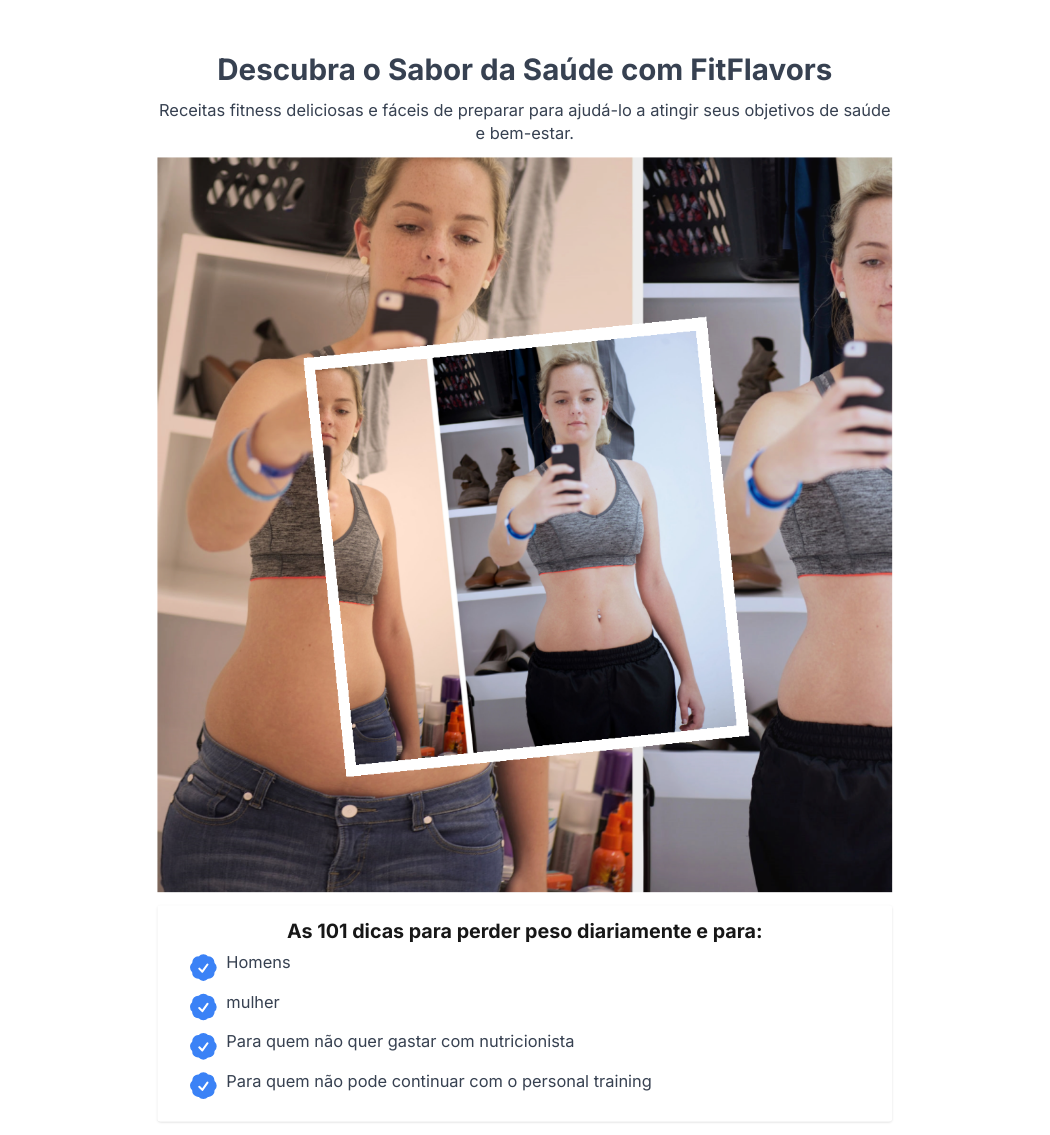
Repository: apreczewski/produtosdigitais
Page: /
The author's editor kept a copy of each file at every save. The page is drawn from the files as they stood at one save, then again after the next save.
The browser window is 1280 px wide. The pictures show the part of the page from y = 0 to 1384 px (the page is 3668 px tall), at 82% of full size.
Pictures or frames that could not be fetched are drawn as grey boxes. The project was rebuilt for these pictures with package versions that can differ from the ones it lists, and the page was loaded fresh each time. The framework's server and built-in components were replaced by stand-ins that run in the browser. Also part of the build but not shown: next.config.js, webpack.config.js.

Above is the page before, as saved 2023-07-27 18:29:33.

### src/app/layout.tsx
import './globals.css'

import { Inter } from 'next/font/google'

const inter = Inter({ subsets: ['latin'] })

export const metadata = {
  title: 'Create Next App',
  description: 'Generated by create next app',
}

export default function RootLayout({
  children,
}: {
  children: React.ReactNode
}) {
  return (
    <html lang="en">
      <body className={inter.className}>
        {children}
      </body>
    </html>
  )
}

### src/app/page.tsx
import { ReceitasFitness } from "@/app/receitasfitness";

export default function Home() {
  return <ReceitasFitness />
}

### src/app/globals.css
@tailwind base;
@tailwind components;
@tailwind utilities;

:root {
  --foreground-rgb: 0, 0, 0;
  --background-start-rgb: #9DCAB4
  --background-end-rgb: #9DCAB4
}

@media (prefers-color-scheme: dark) {
  :root {
    --foreground-rgb: 255, 255, 255;
    --background-start-rgb: #9DCAB4
    --background-end-rgb: #9DCAB4
  }
}

body {
  color: rgb(var(--foreground-rgb));
  background: linear-gradient(
      to bottom,
      transparent,
      rgb(var(--background-end-rgb))
    )
    rgb(var(--background-start-rgb));
}

main {
  margin: 0 12rem;
}

 /* Estilizando a barra de rolagem */
 ::-webkit-scrollbar {
  width: 5px;
}

/* Estilizando o "thumb" ou a parte móvel da barra de rolagem */
::-webkit-scrollbar-thumb {
  background: #888;
  border-radius: 2px;
}

/* Adicionando hover ao "thumb" */
::-webkit-scrollbar-thumb:hover {
  background: #555;
}

### src/app/receitasfitness/index.tsx
import Head from 'next/head'
import { Header } from '@components/Header'
import { Footer } from '@components/Footer'
import { Section01 } from '@/app/receitasfitness/Section01'
import { Section02 } from '@/app/receitasfitness/Section02'
import { Section03 } from '@/app/receitasfitness/Section03'
import { Section04 } from '@/app/receitasfitness/Section04'
import { Section05 } from '@/app/receitasfitness/Section05'
import { Section06 } from '@/app/receitasfitness/Section06'
import { Section07 } from '@/app/receitasfitness/Section07'
import { Section08 } from '@/app/receitasfitness/Section08'
import { Section09 } from '@/app/receitasfitness/Section09'


export const ReceitasFitness = () => {
  return (
    <div className="flex flex-col items-center justify-center min-h-screen">
      {/* <Header /> */}
      <main className="grid gap-4 flex-col items-center justify-center flex-1 text-center mt-16">
        <Section01 />
        <Section02 />
        <Section03 />
        <Section04 />
        <Section05 />
        <Section06 />
        <Section07 />
        <Section08 />
        <Section09 />
      </main>
      <Footer />
    </div>
  )
}

### src/app/components/Footer/index.tsx
import React from "react";

export const Footer = () => {
  return (
    <div className="bg-gray-800 text-white py-8 w-full">
      <div className="container mx-auto px-4 text-center">
        <h2 className="text-2xl mb-4">Entre em contato</h2>
        <p className="mb-4">Email: info@seusite.com</p>
        <div className="flex justify-center space-x-4">
          <a
            href="/privacy-policy"
            className="text-blue-300 hover:text-blue-100"
          >
            Política de Privacidade
          </a>
          <a
            href="/terms-of-service"
            className="text-blue-300 hover:text-blue-100"
          >
            Termos de Serviço
          </a>
        </div>
      </div>
    </div>
  );
};

### src/app/receitasfitness/Section01/index.tsx
export const Section01 = () => {
  return (
    <div className="text-center rounded">
      <h1 className="text-4xl font-bold mb-4  text-gray-700">
        Descubra o Sabor da Saúde com FitFlavors
      </h1>
      <p className="text-xl text-gray-700">
        Receitas fitness deliciosas e fáceis de preparar para ajudá-lo a atingir
        seus objetivos de saúde e bem-estar.
      </p>
    </div>
  );
};

### src/app/receitasfitness/Section02/index.tsx
import Image from 'next/image';
import banner from '@assets/images/section02.png'

export const Section02 = () => {
  return (
    <div className="flex justify-center items-center w-full">
      <div className="w-full">
        <Image
          className="w-screen"
          src={banner}
          alt="Transformação surpreendente com FitFlavors! Veja o progresso real alcançado com nossas receitas fitness." // Substitua isso por uma descrição da imagem
          layout="responsive"
          width={500}
          height={300}
        />
      </div>
    </div>
  );
}

### src/app/receitasfitness/Section03/index.tsx
import React from "react";
import { CheckBadgeIcon } from "@heroicons/react/24/solid";



export const Section03 = () => {
  const features = [
    {
      icon: CheckBadgeIcon,
      text: "Homens",
    },
    {
      icon: CheckBadgeIcon,
      text: "mulher",
    },
    {
      icon: CheckBadgeIcon,
      text: "Para quem não quer gastar com nutricionista",
    },
    {
      icon: CheckBadgeIcon,
      text: "Para quem não pode continuar com o personal training",
    },

    ,
    ,

  ]

  return (
    <div className="p-4 bg-white shadow rounded w-full">
      <h2 className="text-2xl text-neutral-900 font-bold mb-2">
        As 101 dicas para perder peso diariamente e para:
      </h2>
      <ul className="list-disc pl-5 justify-start ">
        {features.map((item, index) => (
          <li key={index} className="mb-2 flex text-gray-700 text-xl text-left">
            <CheckBadgeIcon className="h-10 w-10 mr-2 text-blue-500" /> {item?.text}
          </li>
        ))}
      </ul>
    </div>
  );
};

### src/app/receitasfitness/Section04/index.tsx
"use client";

import React, { useEffect, useState } from "react";
import Image from "next/image";
import { Dot, Dots } from "./styles";
// import ImageTest from './image.svg';

export const Section04 = () => {
  const images = [
    "https://images.pexels.com/photos/414612/pexels-photo-414612.jpeg",
    "https://images.pexels.com/photos/459225/pexels-photo-459225.jpeg",
    "https://images.pexels.com/photos/459225/pexels-photo-459225.jpeg",
    "https://images.pexels.com/photos/459225/pexels-photo-459225.jpeg",
  ];

  const [currentImageIndex, setCurrentImageIndex] = useState(0);

  const prev = () => {
    setCurrentImageIndex(
      (currentImageIndex - 1 + images.length) % images.length
    );
  };
  const next = () => {
    setCurrentImageIndex((currentImageIndex + 1) % images.length);
  };

  useEffect(() => {
    const interval = setInterval(() => {
      setCurrentImageIndex((currentImageIndex + 1) % images.length);
    }, 2000);

    return () => clearInterval(interval);
  }, [currentImageIndex, images.length]);

  return (
    <div className="relative w-full h-[500px] rounded overflow-hidden">
      <Image
        className="object-cover"
        src={images[currentImageIndex]}
        layout="fill"
        objectFit="cover"
        alt=""
      />
      <Dots>
        {images.map((index) => {
          return <Dot key={index}/>
        })}
      </Dots>
      {/* <ImageTest /> */}
    </div>
  );
};

### src/app/receitasfitness/Section05/index.tsx
import React from "react";

export const Section05 = () => {
  return (
    <div className="bg-blue-500 text-white p-8 rounded-lg shadow-lg">
      <h2 className="text-3xl font-bold mb-6">
        Como funciona o Pacote Premium Artes Gospel?
      </h2>
      <ol className="list-decimal list-inside space-y-4 text-lg">
        <li>
          <strong className="text-white">1º Passo:</strong> Escolha o modelo de
          arte que mais lhe interessar (São mais de 450 modelos com os mais
          diversos temas)
        </li>
        <li>
          <strong className="text-white">2º Passo:</strong> Altere a arte com as
          informações que você deseja com poucos cliques (Utilize as aulas para
          aprender como alterar)
        </li>
        <li>
          <strong className="text-white">3º Passo:</strong> Finalize sua arte e
          comece a divulgação para sua igreja ou ministério em poucos minutos e
          sem precisar investir alto para isso
        </li>
      </ol>
    </div>
  );
};

### src/app/receitasfitness/Section06/index.tsx
import React from "react";

export const Section06 = () => {
  return (
    <div className="bg-blue-500 text-white p-8 rounded-lg shadow-lg">
      <h2 className="text-3xl font-bold mb-6">
        Além de tudo isso, ao se inscrever HOJE, você receberá 2 BÔNUS
        EXCLUSIVOS
      </h2>
      <h3 className="text-2xl mb-4">Bônus 1</h3>
      <p className="mb-4">
        Transforme seu corpo em uma máquina de queimar gordura
      </p>
      <p className="mb-4">
        Conselhos dos melhores exercícios e queimadores de gordura.
      </p>
      <h3 className="text-2xl mb-4">SUPER BÔNUS:</h3>
      <p className="mb-4">Bônus SURPRESA</p>
      <p className="mb-4">Ao adquirir HOJE, você garante um bônus surpresa!</p>
      <p className="text-2xl mb-4">De R$ 20.90</p>
      <p className="text-2xl mb-4">Por R$ 10.90</p>
      <button className="bg-white text-blue-500 px-8 py-3 rounded-full font-semibold transition duration-200 ease-in-out transform hover:scale-105">
        QUERO APROVEITAR ESTA OFERTA
      </button>
      <p className="mt-4">
        ATENÇÃO: As vagas com este valor são LIMITADAS e assim que se
        encerrarem, 101 Dicas para Perder Peso voltará ao seu preço normal de R$
        20.90
      </p>
    </div>
  );
};

### src/app/receitasfitness/Section07/index.tsx
import React from "react";
import Image from "next/image";

export const Section07 = () => {
  return (
    <div className="flex items-center bg-yellow-500 text-white p-8 rounded-lg shadow-lg">
      <div className="w-1/3">
        <Image
          src="https://via.placeholder.com/150"
          alt="Garantia"
          width={150}
          height={150}
        />
      </div>
      <div className="w-2/3 pl-8">
        <h2 className="text-3xl font-bold mb-4">GARANTIA DE 7 DIAS!</h2>
        <p className="text-lg">
          Temos absoluta certeza de que o 101 DICAS PARA PERDER PESO DIARIAMENTE
          será muito efetivo para o seu processo de EMAGRECIMENTO, mas se em até
          7 dias após a compra você não estiver satisfeito com o produto por
          qualquer motivo, devolvemos todo o seu dinheiro!
        </p>
      </div>
    </div>
  );
};

### src/app/receitasfitness/Section08/index.tsx
"use client"

import React, { useState } from "react";

export const Section08 = () => {
  const [activeIndex, setActiveIndex] = useState(-1);

  const questions = [
    {
      question: 'Como recebo acesso ao curso?',
      answer: 'Assim que você efetuar o pagamento, receberá um nome de usuário e senha em seu e-mail para acessar a plataforma. Aproveite seu processo de aprendizado e aproveite ao máximo.',
    },
    {
      question: 'O pagamento é seguro?',
      answer: 'O pagamento é feito 100% de forma segura através da Hotmart, a maior e mais segura plataforma de venda de produtos digitais para falantes de espanhol. Eu só pago se você fizer diretamente a eles.',
    },
    {
      question: 'Posso usar meu celular para fazer login?',
      answer: 'Sim! Você pode acessar quantas vezes quiser simplesmente usando seu celular, sem a necessidade de um computador.',
    },
    {
      question: 'E se eu não gostar do curso?',
      answer: 'Você tem uma garantia incondicional de 7 dias! Se, após a compra do curso, dentro de 7 dias você descobrir que não é para você, basta nos enviar um e-mail e nós reembolsaremos todo o seu investimento.',
    },
  ];

  return (
    <div className="bg-blue-500 text-white p-8 rounded-lg shadow-lg text-left">
      <h2 className="text-3xl font-bold mb-6">PERGUNTAS FREQUENTES:</h2>
      {questions.map((item, index) => (
        <div key={index} className="mb-4">
          <button
            onClick={() => setActiveIndex(activeIndex === index ? -1 : index)}
            className="text-xl font-semibold"
          >
            {item.question}
          </button>
          {activeIndex === index && <p className="mt-2">{item.answer}</p>}
        </div>
      ))}
    </div>
  );
};

### src/app/receitasfitness/Section09/index.tsx
import React from "react";

export const Section09 = () => {

  return (
    <h1>Section09</h1>
  );
};

### src/app/receitasfitness/Section04/styles.ts
import styled from 'styled-components';

export const Dots = styled.div`
  position: absolute;
  display: flex;
  width: 100%;
  align-items: center;
  justify-content: center;
  bottom: 3rem;
  z-index: 5;
`;

export const Dot = styled.span`
  width: 1rem;
  height: 1rem;
  border-radius: 50%;
  background-color: #999;

  & + span {
    margin-left: 0.25rem;
  }


`;

Loaded but not shown: tailwind.config.js (common file)

After the next save:
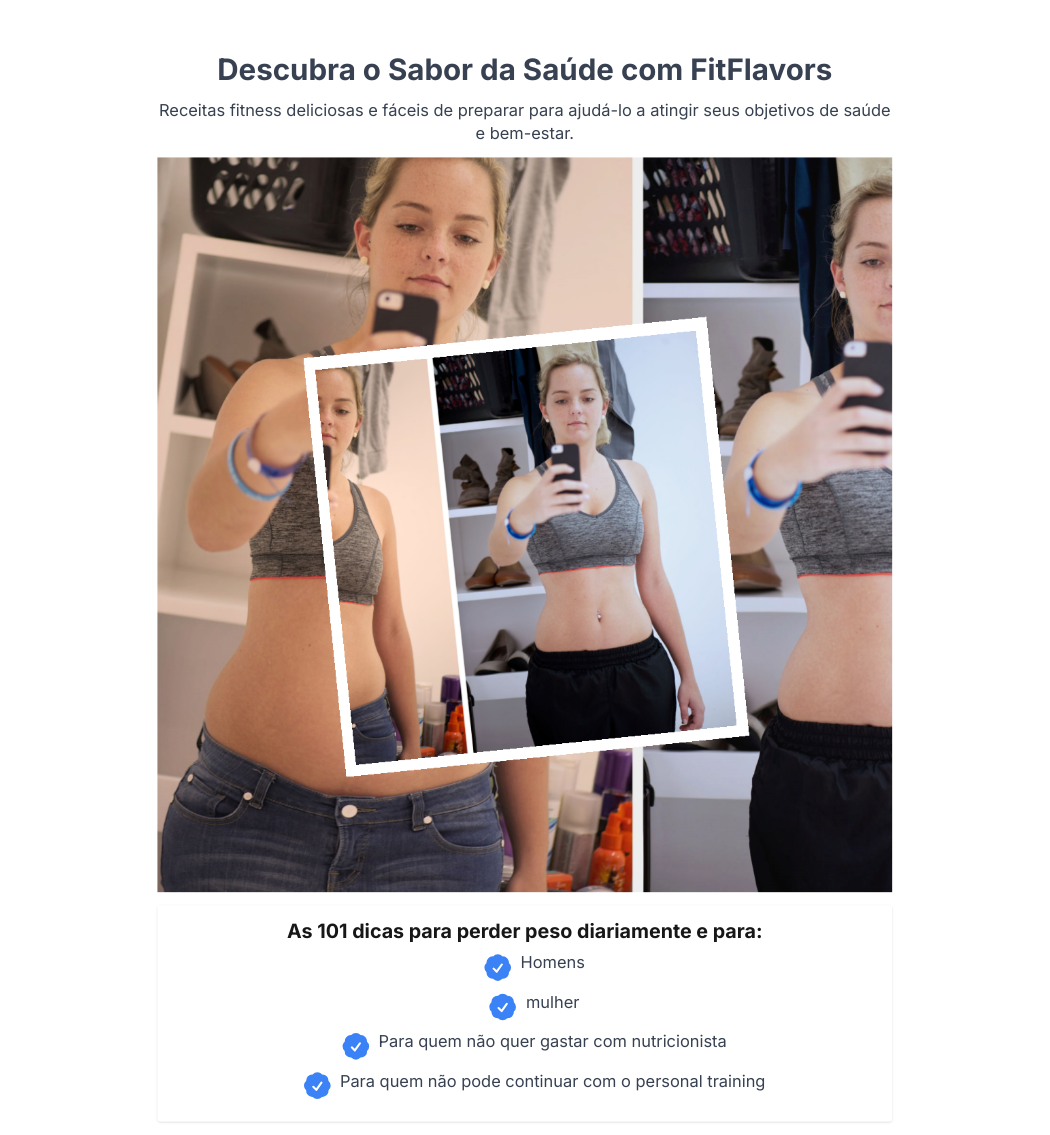
Saved 23 s later.
--- a/src/app/receitasfitness/Section03/index.tsx
+++ b/src/app/receitasfitness/Section03/index.tsx
@@ -34,7 +34,7 @@
       </h2>
       <ul className="list-disc pl-5 justify-start ">
         {features.map((item, index) => (
-          <li key={index} className="mb-2 flex text-gray-700 text-xl text-left">
+          <li key={index} className="mb-2 flex justify-center text-gray-700 text-xl text-left">
             <CheckBadgeIcon className="h-10 w-10 mr-2 text-blue-500" /> {item?.text}
           </li>
         ))}

After the save that followed:
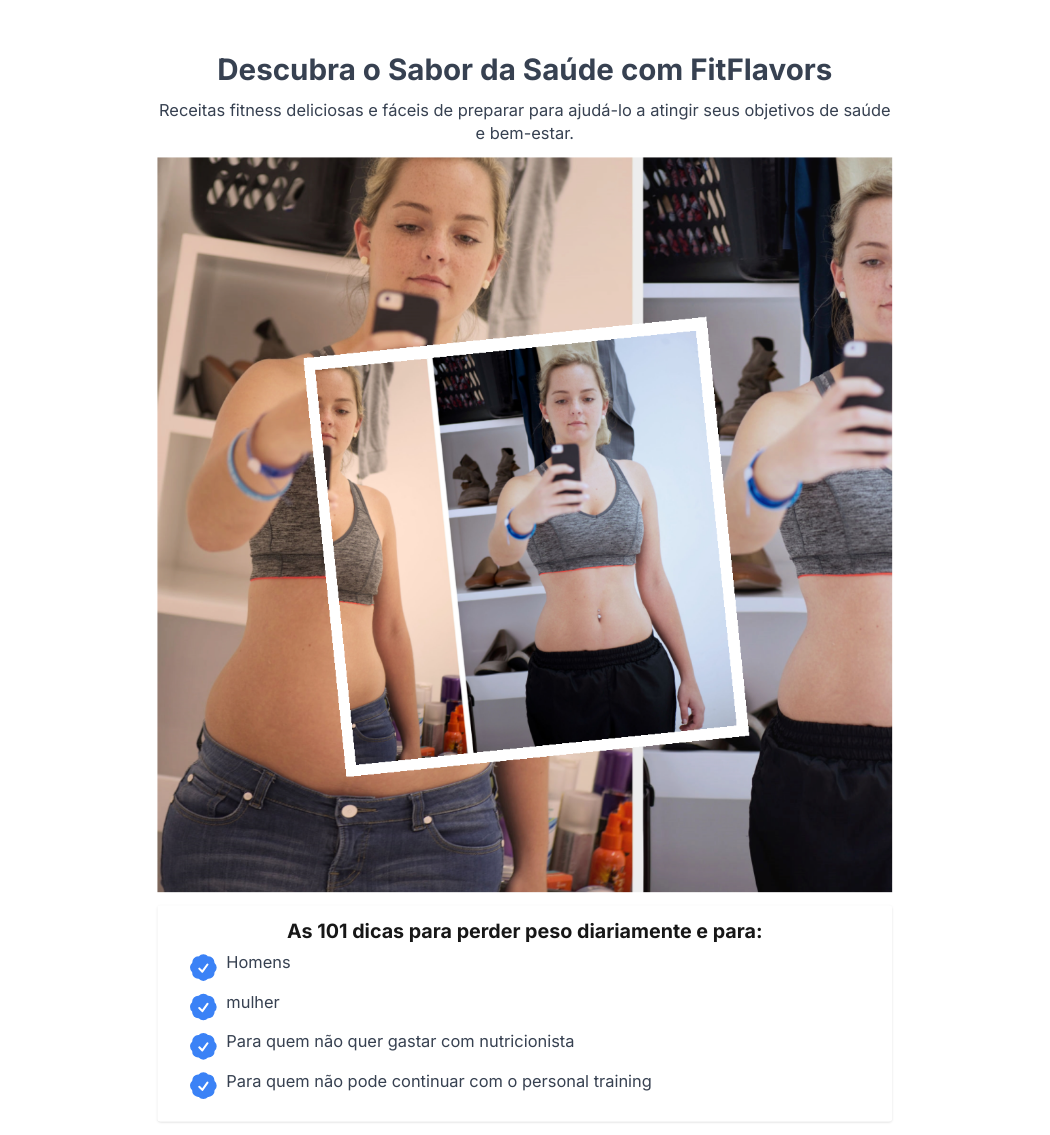
Saved 16 s later.
--- a/src/app/receitasfitness/Section03/index.tsx
+++ b/src/app/receitasfitness/Section03/index.tsx
@@ -34,7 +34,7 @@
       </h2>
       <ul className="list-disc pl-5 justify-start ">
         {features.map((item, index) => (
-          <li key={index} className="mb-2 flex justify-center text-gray-700 text-xl text-left">
+          <li key={index} className="mb-2 flex justify-start text-gray-700 text-xl text-left">
             <CheckBadgeIcon className="h-10 w-10 mr-2 text-blue-500" /> {item?.text}
           </li>
         ))}
